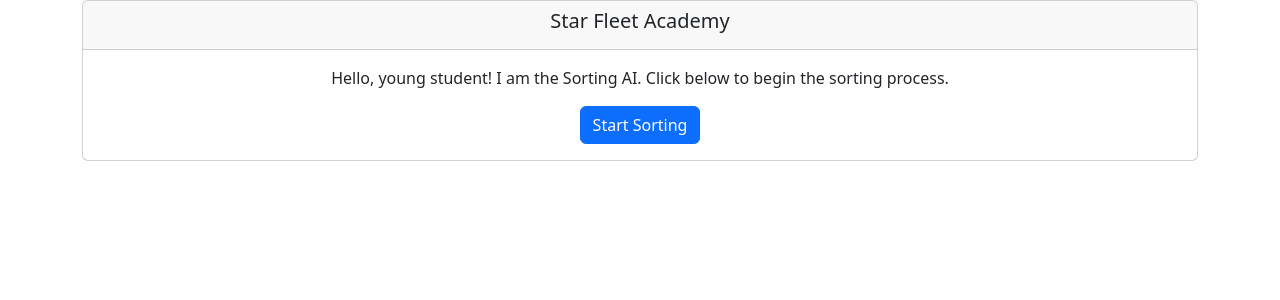
Repository: PaulPatterson48/ASSIGNMENT-StarFleet_academy
Page: index.html
The author's editor kept a copy of each file at every save. The page is drawn from the files as they stood at one save, then again after the next save.
The browser window is 1280 px wide. The pictures show the whole page.

Above is the page before, as saved 2023-08-06 20:34:17.
Console error: ReferenceError: ships is not defined

### index.html
<!DOCTYPE html>
<html lang="en">
<head>
  <meta charset="UTF-8">
  <meta name="viewport" content="width=device-width, initial-scale=1.0">
  <title>Star Fleet Academy</title>
  <link href="https://cdn.jsdelivr.net/npm/bootstrap@5.3.0/dist/css/bootstrap.min.css" rel="stylesheet" integrity="sha384-9ndCyUaIbzAi2FUVXJi0CjmCapSmO7SnpJef0486qhLnuZ2cdeRhO02iuK6FUUVM" crossorigin="anonymous">
  <link rel="stylesheet" href="main.css">
</head>
<body>
  <div class="container">

    <div id="sortingCadetCard" class="card text-center">
      <div class="card-header">
        <h5>Star Fleet Academy</h5>
        <div id="filterContainer"></div>
      </div>
      <div class="card-body">
        <p>Hello, young student! I am the Sorting AI. Click below to begin the sorting process.</p>
        <button id="startSortingBtn" class="btn btn-primary">Start Sorting</button>
      </div>
      </div>
    </div>

    <div id="sortingForm" class="card text-center d-none">
      <div class="card-header">
        <h5>Student Sorting</h5>
      </div>
      <div class="card-body">
        <form id="studentForm">
          <div class="form-group">
            <label for="studentName">Student Name:</label>
            <input type="text" class="form-control" id="studentName" required>
          </div>
          <button id="sortStudentBtn" type="submit" class="btn btn-primary">Sort</button>
        </form>
      </div>
    </div>
      <div id="sortedStudents" class="mt-4"></div>
    <script src="https://cdn.jsdelivr.net/npm/bootstrap@5.1.3/dist/js/bootstrap.bundle.min.js" integrity="sha384-ka7Sk0Gln4gmtz2MlQnikT1wXgYsOg+OMhuP+IlRH9sENBO0LRn5q+8nbTov4+1p" crossorigin="anonymous"></script>
    <script src="main.js"></script>
  </div>

</body>
</html>

### main.js
const starship = [
  {
    id:1,
    title: "enterprise",
    imageUrl: "/images/EnterpriseA.png",
    shipClass: "Constitution-class",
    message:"Congrats, you're on the Enterprise!",
    cadet: "",
    onboard: true
  },
  {
    id: 2,
    title:"voyager",
    imageUrl: "/images/Voyager.png",
    shipClass: "Intrepid-class",
    message:"Congrats, you're on the Voyager" ,
    cadet: "",
    onboard: true
  },
  {
    id: 3,
    title: "excalibur",
    imageUrl: "/images/USSExcalibur.png",
    shipClass: "Ambassador-class",
    message:"Congrats, you're Excalibur"  ,
    cadet: "",
    onboard: true
  },
  {
    id: 4,
    title: "excelsior",
    imageUrl: "/images/USSExcelsior.png",
    shipClass: "Excelsior-class",
    message:"Congrats, you're on Excelsior!" ,
    cadet: "",
    onboard: true
  },
  {
    id:5,
    title: "birdofprey",
    imageUrl: "/Users/paulpatterson/workspace/foundations/inclass/ASSIGNMENT-StarFleet-Academy/images//image/KlingonBirdOfPrey.png",
    shipClass: "B'rel-class",
    message:"Today is a good day to die",
    cadet: "",
    onboard: false
  }
];
//Array to store sorted students
const students = [];

//Array for Expelled Students
const expelledStudents = [];

const renderCards = (array) =>{
  const newShip = "";
  array.forEach((s) => {
    newShip += card(s); //Passing the entire object in the array
  })
  renderToDom("#cards", newShip)
}

function shuffleShips() {
  return selection = starship[Math.floor(Math.random() * starship.length)]
}
// Function to sort a student
function sortStudent(e) {
  e.preventDefault();
  const studentName = document.getElementById('studentName').value;
  const ships = shuffleShips();
  const randomShip= selection[1];



  // Add the student to the array of sorted students
  students.push({ name: studentName, ships: ships.title, message: ships.message});

  // Clear the form
  document.getElementById('studentForm').reset(); //found reset on https://www.w3schools.com/jsref/met_form_reset.asp

  // Display the sorted student cards
  displaySortedStudents();
}

// Function to display sorted students
function displaySortedStudents() {
  const sortedStudentsDiv = document.getElementById('sortedStudents');
  sortedStudentsDiv.innerHTML = '';

  students.forEach((student, index) => {
    const cardDiv = document.createElement('div');
    cardDiv.classList.add('card', 'text-center', 'mb-3');
    cardDiv.innerHTML = `
      <div class="card-body">
      <image
        <img src="${starship.imageUrl}" class = "card-img-top">
        <h5 class="card-title">${student.name}</h5>
        <p class="card-text">Ship: ${student.ships}</p>
        <p class="card-text">Message: ${student.message}</p>
        <button class="btn btn-danger" onclick="expelStudent(${index})">Expel</button>
      </div>
    `;
    sortedStudentsDiv.appendChild(cardDiv);
  });
}
//UPDATE / Expelled Students
const toggleCart = (e) => {
  if (e.target.id.includes("btn-danger")) {
    const [,id] = e.target.id.split('')
    const index = starship.findIndex(i => i.id === Number(id))

    starship[index].onboard = !starship[index].onboard
    renderCards(starship);
  }
}


const expelFilter = (e) =>{
  if(e.target.id.includes('expel')){
    const expel = starship.filter(ship => ship.onboard);
    renderCards(expel);
  }
}
const buttonFilter = (e) =>{
  if(e.target.id.includes('enterprise')){
    const enterprise = starship.filter(s => s.title.toLowerCase() === 'enterprise')
    renderCards(enterprise);
  }
  if(e.target.id.includes('voyager')){
    const voyager = starship.filter(s => s.title.toLowerCase() ==='voyager')
    renderCards(voyager)
  }
  if(e.target.id.includes('excalibur')){
    const excalibur = starship.filter(s => s.title.toLowerCase() ==='excalibur')
    renderCards(excalibur)
  }
  if(e.target.id.includes('excelsior')){
    const excelsior = starship.filter(s => s.title.toLowerCase() === 'excelsior')
    renderCards(excelsior)
  }
}

//Filter Button Row
const filterButtons = () => {
  const domString = `
  <div class="d-flex flex-wrap justify-content-between mb-3">
  <button class="btn btn-secondary btn-lg buttonRow" id="all">all</button>
  <button class="btn btn-secondary btn-lg buttonRow" id="enterprise">Enterprise</button>
  <button class="btn btn-secondary btn-lg buttonRow" id="voyager">Voyager</button>
  <button class="btn btn-secondary btn-lg buttonRow" id="excalibur">Excalibur</button>
  <button class="btn btn-secondary btn-lg buttonRow" id="excelsior">Excelsior</button>
  </div>
  `;
  renderToDom('#filterContainer',domString);
};

//Event Listeners
const el = () =>{
  const formModal = new bootstrap.Modal(document.querySelector('#addExpelled'));
}

// document.querySelector('#filterContainer').addEventListener('click',(e) =>{
//   if(e.target.title ==='clear'){
//     cardsOnDom(starship)
//   }else if (e.target.title === "enterprise")
// })

expelStudent.push({ name: studentName, ships: ships.title, message: ships.message});
//document.getElementById('expeledstudentForm').reset();


// Function to expel a student
function expelStudent(index) {
  students.splice(index, 4);
  displaySortedStudents();
}

// Event listeners

document.getElementById('startSortingBtn').addEventListener('click', function() {
  document.getElementById('sortingCadetCard').classList.add('d-none');
  document.getElementById('sortingForm').classList.remove('d-none');
});

document.getElementById('studentForm').addEventListener('submit', sortStudent);

const startApp = () => {
 renderCards(chooseShip)

 document.querySelector('#cards').addEventListener('click', toggleCart)

 document.querySelector('#searchInput').addEventListener('keyup', search)

 document.querySelector('#btnRow').addEventListener('click', buttonFilter);
};
startApp();

Loaded but not shown: main.css (no copy from this time; the picture is the same without it)

After the next save:
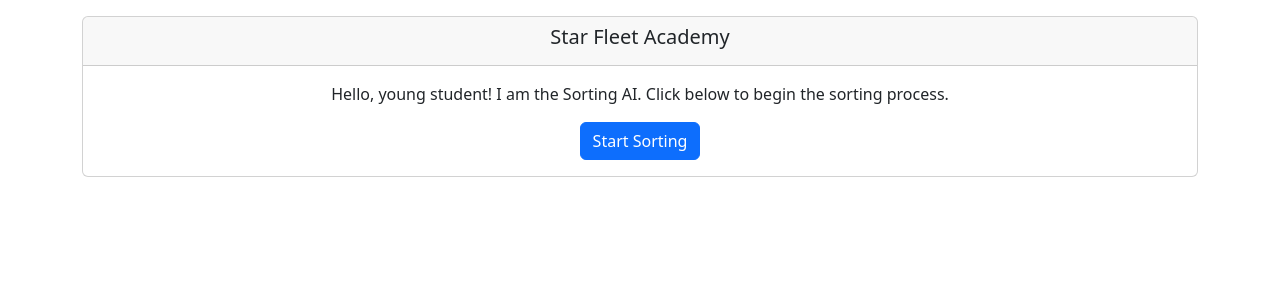
Saved 18 min 35 s later.
--- a/index.html
+++ b/index.html
@@ -8,6 +8,7 @@
   <link rel="stylesheet" href="main.css">
 </head>
 <body>
+  <div id="btnRow" class="d-flex justify-content-between mb-3 btnRow"></div>
   <div class="container">
 
     <div id="sortingCadetCard" class="card text-center">
